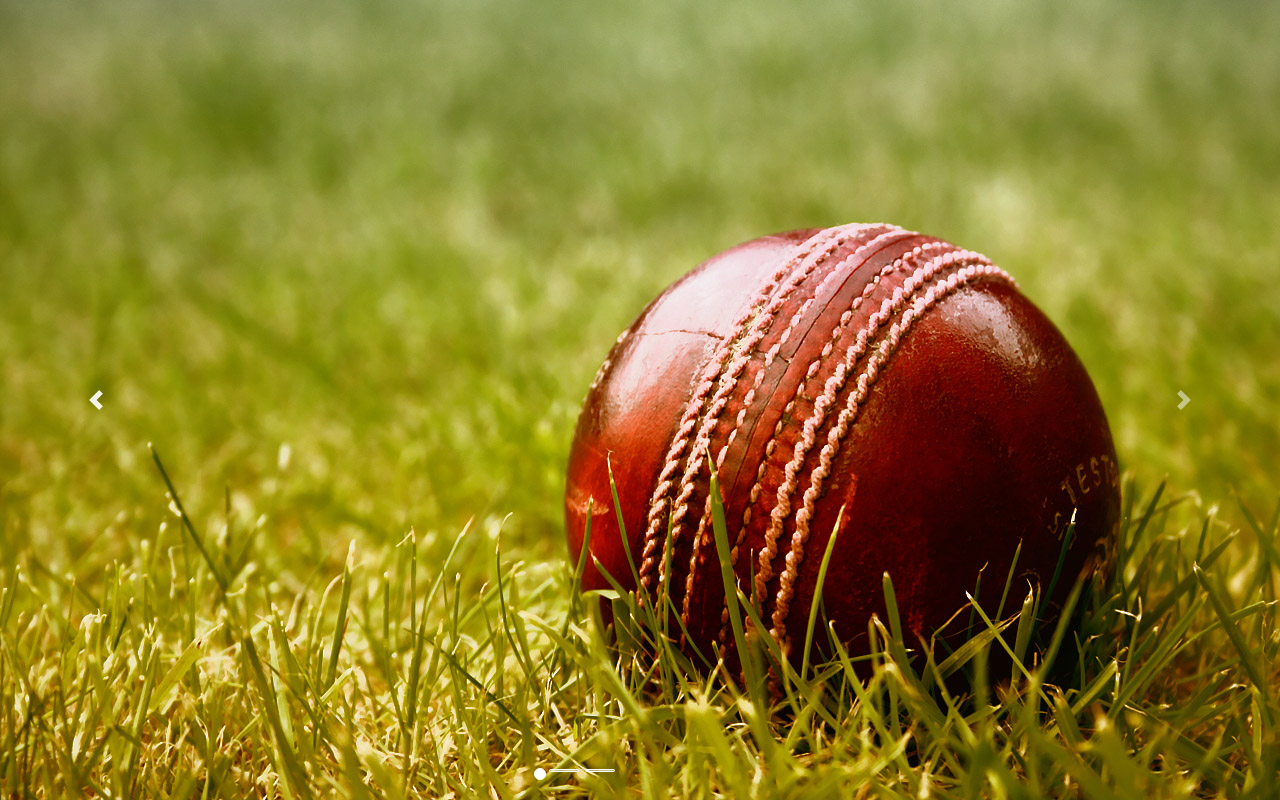
Repository: vaibhavkri/Trendnxt-Projects
Page: bootstrap/Bootstrap– L3 Assignment/Topic 7HTML JavaScript/Assignment1.html
These files come from the project's save history. The page is drawn as it stood at one moment and after the next save; the edit follows.
The browser window is 1280 px wide. The pictures show the whole page.

Above is the page before, as saved 2018-10-24 13:11:03.

### bootstrap/Bootstrap– L3 Assignment/Topic 7HTML JavaScript/Assignment1.html
<!DOCTYPE html>
<html lang="en">

<head>
    <title>Bootstrap Example</title>
    <meta charset="utf-8">
    <meta name="viewport" content="width=device-width, initial-scale=1, shring-to-fit=no">
    <link rel="stylesheet" href="https://maxcdn.bootstrapcdn.com/bootstrap/3.3.7/css/bootstrap.min.css">
    <script src="https://ajax.googleapis.com/ajax/libs/jquery/3.3.1/jquery.min.js"></script>
    <script src="https://maxcdn.bootstrapcdn.com/bootstrap/3.3.7/js/bootstrap.min.js"></script>


</head>

<body>
    <!DOCTYPE html>
    <html lang="en">

    <head>
        <title>Bootstrap Example</title>
        <meta charset="utf-8">
        <meta name="viewport" content="width=device-width, initial-scale=1">
        <link rel="stylesheet" href="https://maxcdn.bootstrapcdn.com/bootstrap/4.1.3/css/bootstrap.min.css">
        <script src="https://ajax.googleapis.com/ajax/libs/jquery/3.3.1/jquery.min.js"></script>
        <script src="https://cdnjs.cloudflare.com/ajax/libs/popper.js/1.14.3/umd/popper.min.js"></script>
        <script src="https://maxcdn.bootstrapcdn.com/bootstrap/4.1.3/js/bootstrap.min.js"></script>
        <style>
            /* Make the image fully responsive */

            .carousel-inner img {
                width: 100%;
                height: 100%;
            }
        </style>
    </head>

    <body>

        <div id="demo" class="carousel slide" data-ride="carousel">


            <ul class="carousel-indicators">
                <li data-target="#demo" data-slide-to="0" class="active"></li>
                <li data-target="#demo" data-slide-to="1"></li>
                <li data-target="#demo" data-slide-to="2"></li>
            </ul>


            <div class="carousel-inner">
                <div class="carousel-item active">
                    <img src="img01.jpg" alt="A" width="1100" height="500">
                </div>
                <div class="carousel-item">
                    <img src="img02.jpg" alt="B" width="1100" height="500">
                </div>
                <div class="carousel-item">
                    <img src="img01.jpg" alt="C" width="1100" height="500">
                </div>
            </div>


            <a class="carousel-control-prev" href="#demo" data-slide="prev">
                <span class="carousel-control-prev-icon"></span>
            </a>
            <a class="carousel-control-next" href="#demo" data-slide="next">
                <span class="carousel-control-next-icon"></span>
            </a>
        </div>

    </body>

    </html>

After the next save:
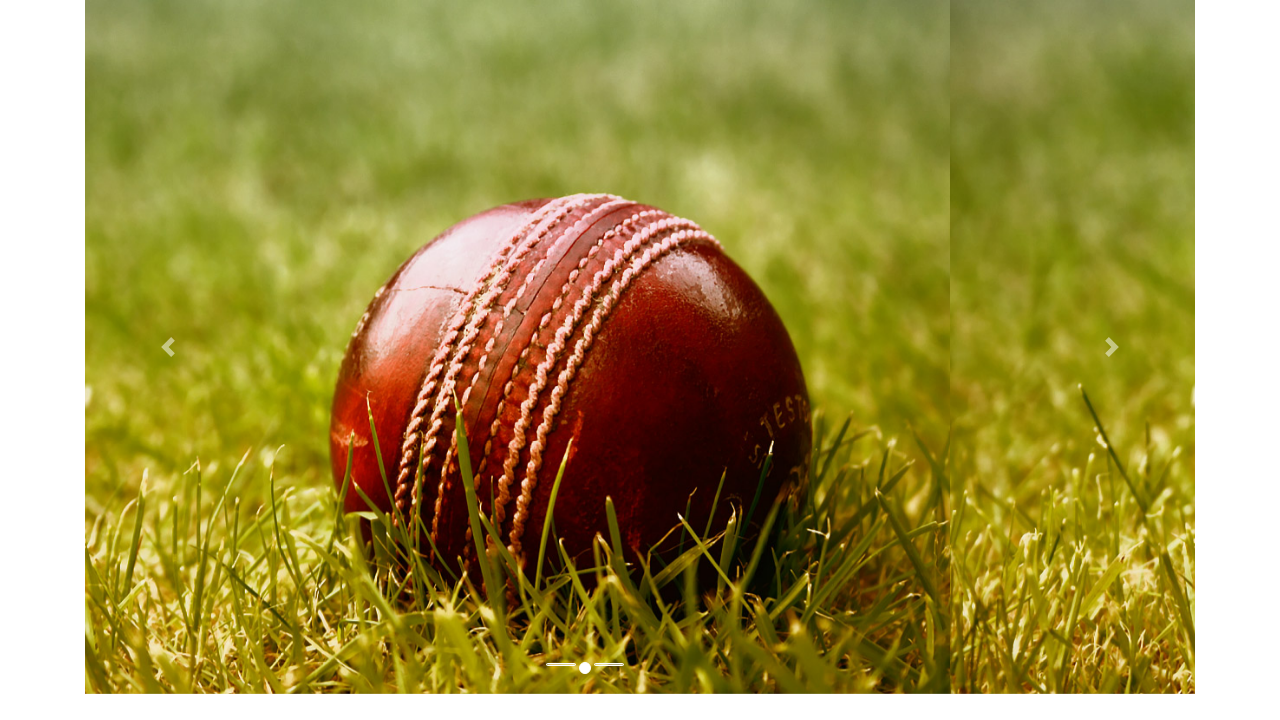
Console error: TypeError: Cannot read properties of undefined (reading 'offsetWidth')
Saved 9 min 23 s later.
--- a/bootstrap/Bootstrap– L3 Assignment/Topic 7HTML JavaScript/Assignment1.html
+++ b/bootstrap/Bootstrap– L3 Assignment/Topic 7HTML JavaScript/Assignment1.html
@@ -35,38 +35,39 @@
     </head>
 
     <body>
+        <div class="container">
 
-        <div id="demo" class="carousel slide" data-ride="carousel">
+            <div id="demo" class="carousel slide" data-ride="carousel">
 
 
-            <ul class="carousel-indicators">
-                <li data-target="#demo" data-slide-to="0" class="active"></li>
-                <li data-target="#demo" data-slide-to="1"></li>
-                <li data-target="#demo" data-slide-to="2"></li>
-            </ul>
+                <ul class="carousel-indicators">
+                    <li data-target="#demo" data-slide-to="0" class="active"></li>
+                    <li data-target="#demo" data-slide-to="1"></li>
+                    <li data-target="#demo" data-slide-to="2"></li>
+                </ul>
 
 
-            <div class="carousel-inner">
-                <div class="carousel-item active">
-                    <img src="img01.jpg" alt="A" width="1100" height="500">
+                <div class="carousel-inner">
+                    <div class="carousel-item active">
+                        <img src="img01.jpg" alt="A" width="1100" height="500">
+                    </div>
+                    <div class="carousel-item">
+                        <img src="img02.jpg" alt="B" width="1100" height="500">
+                    </div>
+                    <div class="carousel-item">
+                        <img src="img01.jpg" alt="C" width="1100" height="500">
+                    </div>
                 </div>
-                <div class="carousel-item">
-                    <img src="img02.jpg" alt="B" width="1100" height="500">
-                </div>
-                <div class="carousel-item">
-                    <img src="img01.jpg" alt="C" width="1100" height="500">
-                </div>
-            </div>
 
 
-            <a class="carousel-control-prev" href="#demo" data-slide="prev">
-                <span class="carousel-control-prev-icon"></span>
-            </a>
-            <a class="carousel-control-next" href="#demo" data-slide="next">
-                <span class="carousel-control-next-icon"></span>
-            </a>
+                <a class="carousel-control-prev" href="#demo" data-slide="prev">
+                    <span class="carousel-control-prev-icon"></span>
+                </a>
+                <a class="carousel-control-next" href="#demo" data-slide="next">
+                    <span class="carousel-control-next-icon"></span>
+                </a>
+            </div>
         </div>
-
     </body>
 
     </html>
